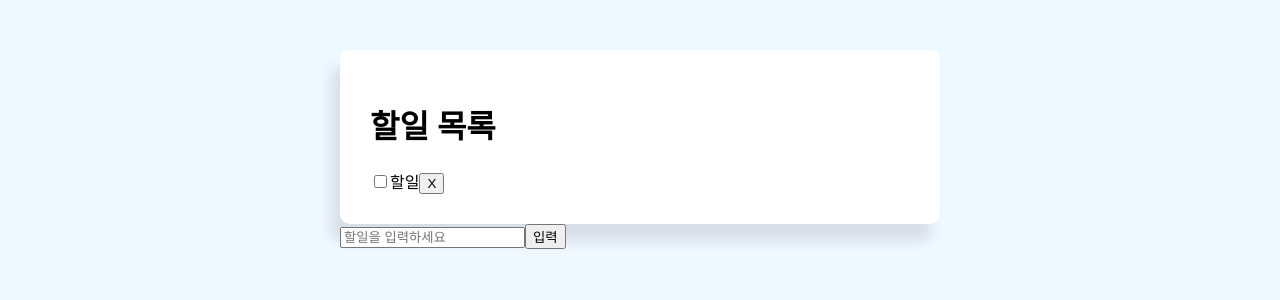
Repository: siwon9898/react-learn
Page: /
An editor plug-in stored every save of this project. The page is shown before and after the next save, followed by the edit.
The browser window is 1280 px wide. The pictures show the whole page.
The project was rebuilt for these pictures with package versions that can differ from the ones it lists, and the page was loaded fresh each time.

Above is the page before, as saved 2023-03-29 15:03:37.

### public/index.html
<!-- 페이지 템플릿 -->
<!DOCTYPE html>
<html lang="en">
  <head>
    <meta charset="utf-8" />
    <link rel="icon" href="%PUBLIC_URL%/favicon.ico" />
    <meta name="viewport" content="width=device-width, initial-scale=1" />
    <meta name="theme-color" content="#000000" />
    <meta
      name="description"
      content="Web site created using create-react-app"
    />
    <link rel="apple-touch-icon" href="%PUBLIC_URL%/logo192.png" />
    <!--
      manifest.json provides metadata used when your web app is installed on a
      user's mobile device or desktop. See https://developers.google.com/web/fundamentals/web-app-manifest/
    -->
    <link rel="manifest" href="%PUBLIC_URL%/manifest.json" />
    <!--
      Notice the use of %PUBLIC_URL% in the tags above.
      It will be replaced with the URL of the `public` folder during the build.
      Only files inside the `public` folder can be referenced from the HTML.

      Unlike "/favicon.ico" or "favicon.ico", "%PUBLIC_URL%/favicon.ico" will
      work correctly both with client-side routing and a non-root public URL.
      Learn how to configure a non-root public URL by running `npm run build`.
    -->
    <title>React App</title>
  </head>
  <body>
    <noscript>You need to enable JavaScript to run this app.</noscript>
    <div id="root"></div>
    <!--
      This HTML file is a template.
      If you open it directly in the browser, you will see an empty page.

      You can add webfonts, meta tags, or analytics to this file.
      The build step will place the bundled scripts into the <body> tag.

      To begin the development, run `npm start` or `yarn start`.
      To create a production bundle, use `npm run build` or `yarn build`.
    -->
  </body>
</html>

### src/index.js
//js 시작점
import React from 'react';
import ReactDOM from 'react-dom/client';
import './index.css';
import App from './App';
import reportWebVitals from './reportWebVitals';

const root = ReactDOM.createRoot(document.getElementById('root'));
root.render(
  <React.StrictMode>
    <App />
  </React.StrictMode>
);

// If you want to start measuring performance in your app, pass a function
// to log results (for example: reportWebVitals(console.log))
// or send to an analytics endpoint. Learn more: https://bit.ly/CRA-vitals
reportWebVitals();

### src/App.js
import React, { Component } from "react";
import "./App.css";
// export default class App extends Component {
//   btnStyle = {
//     color: "#fff",
//     border: "none",
//     padding: "5px 9px",
//     borderRadius: "50%",
//     cursor: "pointer",
//     float: "right",
//   };

//   getStyle = (completed) => {
//     return {
//       padding: "10px",
//       borderBottom: "1px #ccc dotted",
//       textDecoration: completed ? "line-through" : "none",
//     };
//   };

//   state = {
//     todoData: [],
//     value: "",
//   };

//   handleClick = (id) => {
//     let newTodoData = this.state.todoData.filter((data) => data.id !== id);
//     this.setState({ todoData: newTodoData });
//   };

//   handleChange = (e) => {
//     this.setState({ value: e.target.value });
//   };

//   handleSubmit = (e) => {
//     e.preventDefault(); //form안에서 input 전송(submit)할때 reload 막아줌

//     //새로운 할일 데이터
//     let newTodo = {
//       id: Date.now(),
//       title: this.state.value,
//       completed: false,
//     };
//     //원래있던 할일에 새로운 할일 추가해줌
//     this.setState({ todoData: [...this.state.todoData, newTodo], value: "" });
//   };

//   handleCompleteChange = (id) => {
//     let newTodo = this.state.todoData.map((data) => {
//       if (data.id === id) {
//         data.completed = !data.completed;
//       }
//       return data;
//     });

//     this.setState({ todoData: newTodo });
//   };
//   render() {
//     return (
//       <div className="container">
//         <div className="todoBlock">
//           <div className="title">
//             <h1>할일 목록</h1>
//           </div>
//           {/* map은 배열 요소를 함수를 거쳐 새로운 배열을 반환해준다 */}
//           {this.state.todoData.map((data) => (
//             <div style={this.getStyle(data.completed)} key={data.id}>
//               {/* 여러개의 객체를 넣을때는 unique한 key prop이 있어야함 */}
//               <input
//                 type="checkbox"
//                 defaultChecked={false}
//                 onChange={() => this.handleCompleteChange(data.id)}
//               />
//               {data.title}
//               {/* 중괄호로 넣어야 실제 데이터가 들어감 */}
//               <button
//                 style={this.btnStyle}
//                 onClick={() => this.handleClick(data.id)}
//               >
//                 X
//               </button>
//             </div>
//           ))}

//           <form style={{ display: "flex" }} onSubmit={this.handleSubmit}>
//             <input
//               type="text"
//               name="value"
//               placeholder="할일을 입력하세요"
//               style={{ flex: "10", padding: "5px" }}
//               value={this.state.value}
//               onChange={this.handleChange}
//             />
//             <input
//               type="submit"
//               value="입력"
//               className="btn"
//               style={{ flex: "1" }}
//             />
//           </form>
//         </div>
//       </div>
//     );
//   }
// }

export default class App extends React.Component {
  render() {
    return (
      <div className="container">
        <div className="todoBlock">
          <div className="title">
            <h1>할일 목록</h1>
          </div>
          <div>
            <input type="checkbox" defaultChecked={false} />
            {/* {this.data.title} */}
            할일
            <button style={this.btnStyle}>X</button>
          </div>
        </div>
        <form>
          <input type="text" placeholder="할일을 입력하세요" />
          <input type="submit" value="입력" />
        </form>
      </div>
    );
  }
}

### src/App.css

.container {
  margin: auto;
  max-width: 600px;
}

.todoBlock {
  padding: 30px;
  margin-top: 50px;
  background-color: #fff;
  border-radius: 10px;
  box-shadow: -9px 17px 13px rgb(0,0,0,0.1);
}

Loaded but not shown: src/index.css (common file); src/reportWebVitals.js (common file)

After the next save:
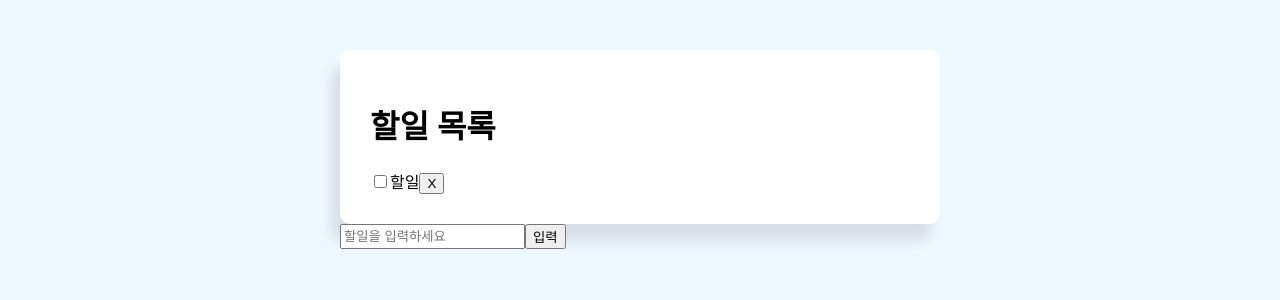
Saved 32 s later.
--- a/src/App.js
+++ b/src/App.js
@@ -119,7 +119,7 @@ export default class App extends React.Component {
             <button style={this.btnStyle}>X</button>
           </div>
         </div>
-        <form>
+        <form style={{ display: "flex" }}>
           <input type="text" placeholder="할일을 입력하세요" />
           <input type="submit" value="입력" />
         </form>
